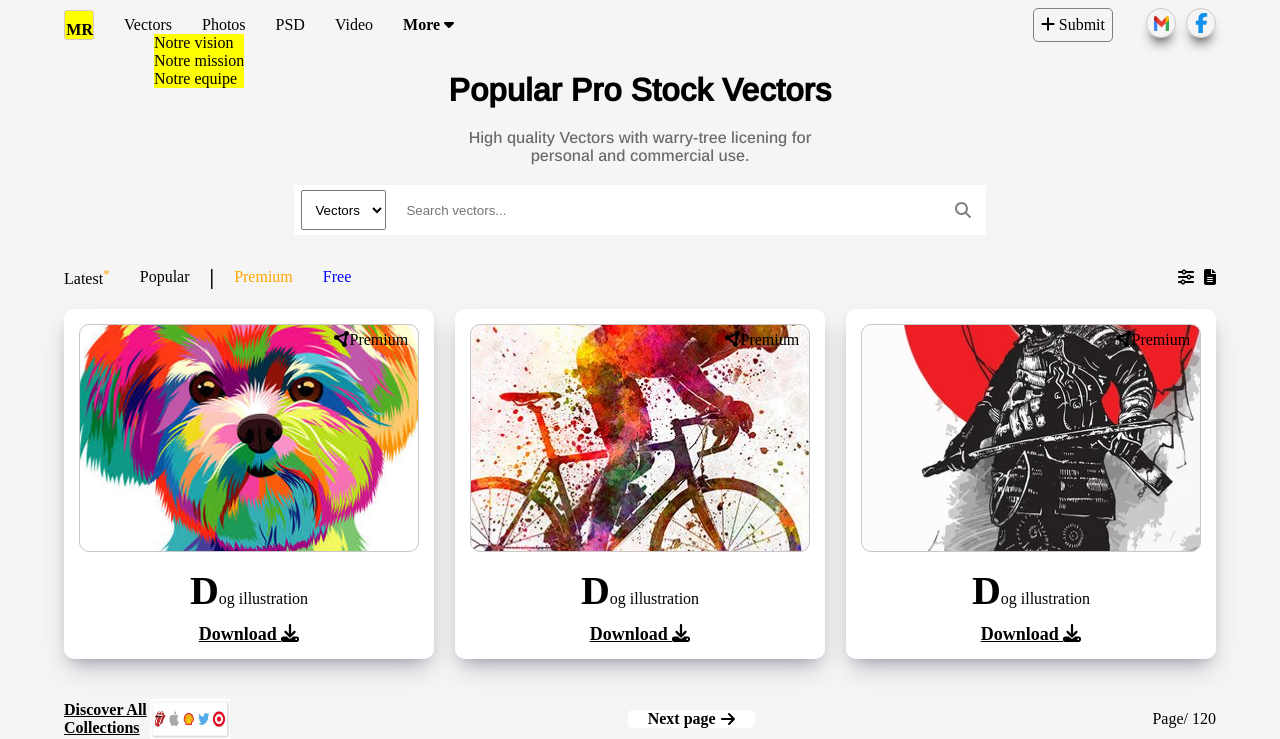
Repository: kegbaDev/VectorTemplate
Page: /
The author's editor kept a copy of each file at every save. The page is drawn from the files as they stood at one save, then again after a run of saves.
The browser window is 1280 px wide. The pictures show the whole page.
The project was rebuilt for these pictures with package versions that can differ from the ones it lists, and the page was loaded fresh each time. Also part of the build but not shown: vite.config.js.

Above is the page before, as saved 2023-04-14 01:48:52.

### index.html
<!DOCTYPE html>
<html lang="en">
  <head>
    <meta charset="UTF-8" />
    <link rel="icon" href="/favicon.ico" />
    <meta name="viewport" content="width=device-width, initial-scale=1.0" />
    <title>Vite App</title>
  </head>
  <body style="background-color: rgb(245, 245, 245)">
    <div id="app"></div>
    <script type="module" src="/src/main.js"></script>
  </body>
</html>

### src/main.js
import { createApp } from 'vue'
import App from './App.vue'

// fontawesome importation
import '@fortawesome/fontawesome-free/css/all.css'
import '@fortawesome/fontawesome-free/js/all.js'

createApp(App).mount('#app')

### src/App.vue
<template>
<div class="wrapper">
  <div class="navbar">
    <div class="left bounce">
      <div class="logo">MR</div>
      <ul>
        <li>
          Vectors
          <div class="sous_menu">
            <ul class="liens">
              <li class="lien">Notre vision</li>
              <li class="lien">Notre mission</li>
              <li class="lien">Notre equipe</li>
            </ul>
          </div>
        </li>
        <li>Photos</li>
        <li>PSD</li>
        <li>Video</li>
        <li><span class="more" >More</span><i class="fa-solid fa-caret-down"></i></li>
      </ul>
    </div>
    <div class="right">
      <div class="submit">
        <i class="fa-solid fa-plus"></i>
        Submit
      </div>
      <div class="logo_collection">
        <div class="logo_card">
          <img src="./assets/gmail-logo-16.png" alt="google-icon" width="15px" height="15px">
        </div>
        <div class="logo_card">
          <i class="fa-brands fa-facebook-f" style="color: #1191ee; width: 25px;height: 20px;"></i>
        </div>
      </div>
    </div>
  </div>


  <!-- Second component -->


  <div class="text_section">
    <h1 class="title slideInUp">Popular Pro Stock Vectors</h1>
    <p class="paragraph slideInUp">
      High quality Vectors with warry-tree licening for <br>
      personal and commercial use.
    </p>
    <div class="input_card slideInRight">
      <select name="" id="">
        <option value="value1">Vectors</option>
        <option value="value2">Vectors</option>
      </select>
      <input type="text" placeholder="Search vectors... ">
      <i class="fa-solid fa-magnifying-glass" style="color: grey; margin-right: 15px;"></i>
    </div>
  </div>

  <!-- Third component -->

  <div class="row">
    <div class="left-row">
      <ul>
        <li>Latest<sup style="color:orange">*</sup></li>
        <li>Popular</li>
      </ul>
      <span class="pipe">
        |
      </span>
      <ul>
        <li style="color:orange">Premium</li>
        <li style="color:blue">Free</li>
      </ul>
    </div>
    <div class="right-row">
      <i class="fa-solid fa-sliders"></i>
      <i class="fa-solid fa-file-lines"></i>
    </div>
  </div>

  <!-- Fourth component  -->

  <div class="card_content slideInUp">
    <div class="main_card">
      <div class="image_and_text_space">
        <i class="fa-solid fa-circle-nodes"></i>Premium
      </div>
      <p style="margin-bottom: 10px;"><span style="text-transform: uppercase; font-weight: bolder; font-size: 40px;">D</span>og illustration</p>
      <p class="download">Download <i class="fa-solid fa-download"></i></p>
    </div>
    <div class="main_card">
      <div class="image_and_text_space2">
        <i class="fa-solid fa-circle-nodes"></i>Premium
      </div>
      <p style="margin-bottom: 10px;"><span style="text-transform: uppercase; font-weight: bolder; font-size: 40px;">D</span>og illustration</p>
      <p class="download">Download <i class="fa-solid fa-download"></i></p>
    </div>
    <div class="main_card">
      <div class="image_and_text_space3">
        <!-- <img src="./assets/154416(1).svg" width="209px" height="300px" alt=""> -->
        <i class="fa-solid fa-circle-nodes"></i>Premium
      </div>
      <p style="margin-bottom: 10px;"><span style="text-transform: uppercase; font-weight: bolder; font-size: 40px;">D</span>og illustration</p>
      <p class="download">Download <i class="fa-solid fa-download"></i></p>
    </div>
    <!-- <div class="main_card">
      <div class="image_and_text_space">
        Premium
      </div>
      <p>Dog illustration</p>
      <p class="download">Download<i class="fa-solid fa-download"></i></p>
    </div>
    <div class="main_card">
      <div class="image_and_text_space">
        Premium
      </div>
      <p>Dog illustration</p>
      <p class="download">Download<i class="fa-solid fa-download"></i></p>
    </div> -->
  </div>

  <!-- Last component -->
  <div class="last_row">
    <div class="start">
      <div class="part">
        Discover All <br>
        Collections
      </div>
      <img src="./assets/imagesfinal.jpg" alt="" style="width: 80px; height: 40px;">
    </div>
    <div class="between">
      Next page <i class="fa-solid fa-arrow-right"></i>
    </div>
    <div class="end">
      Page/ 120
    </div>
  </div>
</div>




</template>

<script setup>

</script>


<style scoped>
@import url('https://fonts.googleapis.com/css2?family=Arimo:wght@500&display=swap');
.wrapper{
  height: 100vh;
  width: 90vw;
  margin:auto;
}
*{
  padding: 0px;
  margin: 0px;
  box-sizing: border-box;
  /* font-family: 'Arimo', sans-serif; */
}
.left{
  display: flex;
  align-items: center;
}

ul{
  list-style: none;
  display: flex;
  gap: 30px;
  margin-left: 30px;
}
ul li{
  cursor: pointer;
}
.more{
  font-weight: bolder;
  padding-right: 4px;
}
.logo{
  width: 30px;
  height: 30px;
  border: 1px solid rgb(214, 201, 201);
  background-color: yellow;
  font-weight: bolder;
  display: flex;
  justify-content: end;
  align-items: end;
  border-radius: 3px;
  cursor: pointer;
}
.navbar{
  display: flex;
  justify-content: space-between;
}
.right{
  display: flex;
  gap: 3px;
}
.submit{
  border: 1px solid gray;
  padding: 7px;
  margin-right: 30px;
  border-radius: 5px;
  background-color: rgba(234, 233, 233, 0.03);
  cursor: pointer;
  transition: all 400ms ease-in-out;
}
.submit:hover{
  background-color: yellow;
  /* font-weight: bolder; */
  scale: 1.1;
}
.logo_collection{
  display: flex;
  gap: 10px;
}
.logo_card{
  width: 30px;
  height: 30px;
  border: 1px solid black;
  display: flex;
  align-items: center;
  justify-content: center;
  border-radius: 50%;
  border-color: rgb(202, 198, 198);
  -webkit-box-shadow: 0px 10px 13px -7px #000000, -2px -2px 15px 6px rgba(26,17,18,0);
  box-shadow: 0px 10px 13px -7px #000000, -2px -2px 15px 6px rgba(26,17,18,0);
  cursor: pointer;transition: all 300ms ease-in-out;

}
.logo_card:hover{
  -webkit-box-shadow: 0px 10px 13px -7px #000000, -2px -2px 15px 6px rgba(26,17,18,0);
  box-shadow: 0px 10px 13px -7px #000000, -2px -2px 15px 6px rgba(26,17,18,0);
  scale: 1.2;

}

              /* Menu deroulant */
.sous_menu .liens{
  position: absolute;
  display: block;
  background-color: yellow;
  width: 24;
}

              /* Menu deroulant */

/* Second composant */

.text_section{
  margin: 30px auto;
  text-align: center;
}
.title{
  font-family: 'Arimo', sans-serif;
  margin-bottom: 20px;
}
.paragraph{
  font-family: 'Arimo', sans-serif;
  margin-bottom: 20px;
  color: rgb(107, 106, 106);
}
.input_card{
  width: 60%;
  height: 50px;
  background-color: white;
  margin: auto;
  display: flex;
  align-items: center;
  border-radius: 2px;
}
input{
  width: 100%;
  padding-left: 20px;
  border: none;
}
input, select{
  height: 40px;
}
select{
  padding: 9px;
  margin-left: 7px;
}

/* Third component */
.row{
  display: flex;
  justify-content: space-between;
  margin-bottom: 20px;
}
.left-row ul{
  margin: 0px;
  padding: 0px;
  display: flex;
  align-items: center;
}
.left-row, .right-row{
  display: flex;
  align-items: center;
}
.pipe{
  margin: 0px 20px;
}

.pipe{
  font-weight: bolder;
  font-size: 1.3em;
}
.right-row{
  gap: 10px;
}

/* Fourth component */

.card_content{
  display: flex;
  justify-content: space-between;
}
.main_card{
  min-width: 370px;
  min-height: 350px;
  /* border: 1px solid black; */
  border-radius: 10px;
  background-color: white;
  box-shadow: rgba(50, 50, 93, 0.25) 0px 13px 27px -5px, rgba(0, 0, 0, 0.3) 0px 8px 16px -8px;
  padding-bottom: 25px;
  cursor: pointer;
  transition: all 400ms ease-in-out;
}
.main_card:hover{
  scale: 1.02;
}
.main_card p{
  text-align: center;
}
.download{
  font-weight: bolder;
  text-decoration: underline;
  font-size: large;
}
.image_and_text_space{
  padding-top: 6px;
  padding-right: 10px;
  text-align: end;
  height: 70%;
  width: 92%;
  border: 1px solid rgb(201, 199, 199);
  border-radius: 10px;
  margin: 15px auto;
  background-image: url(./assets/chien_color.jpg);
  background-repeat: no-repeat;
  background-position: center;
}
.image_and_text_space2{
  background-image: url(./assets/velo.jpg) !important;
  padding-top: 6px;
  padding-right: 10px;
  text-align: end;
  height: 70%;
  width: 92%;
  border: 1px solid rgb(201, 199, 199);
  border-radius: 10px;
  margin: 15px auto;
  background-repeat: no-repeat;
  background-position: center;
}
.image_and_text_space3{
  background-image: url(./assets/sa.webp) !important;
  padding-top: 6px;
  padding-right: 10px;
  text-align: end;
  height: 70%;
  width: 92%;
  border: 1px solid rgb(201, 199, 199);
  border-radius: 10px;
  margin: 15px auto;
  background-repeat: no-repeat;
  /* object-fit: contain; */
  background-position: center;
}

/* Animation */

.bounce {
  -webkit-animation-name: bounce;
  animation-name: bounce;
  -webkit-transform-origin: center bottom;
  -ms-transform-origin: center bottom;
  transform-origin: center bottom;
  -webkit-animation-duration: 1s;
  animation-duration: 1s;
  -webkit-animation-fill-mode: both;
  animation-fill-mode: both;
  }
  @-webkit-keyframes bounce {
  0%, 20%, 53%, 80%, 100% {
  -webkit-transition-timing-function: cubic-bezier(0.215, 0.610, 0.355, 1.000);
  transition-timing-function: cubic-bezier(0.215, 0.610, 0.355, 1.000);
  -webkit-transform: translate3d(0,0,0);
  transform: translate3d(0,0,0);
  }
  40%, 43% {
  -webkit-transition-timing-function: cubic-bezier(0.755, 0.050, 0.855, 0.060);
  transition-timing-function: cubic-bezier(0.755, 0.050, 0.855, 0.060);
  -webkit-transform: translate3d(0, -30px, 0);
  transform: translate3d(0, -30px, 0);
  }
  70% {
  -webkit-transition-timing-function: cubic-bezier(0.755, 0.050, 0.855, 0.060);
  transition-timing-function: cubic-bezier(0.755, 0.050, 0.855, 0.060);
  -webkit-transform: translate3d(0, -15px, 0);
  transform: translate3d(0, -15px, 0);
  }
  90% {
  -webkit-transform: translate3d(0,-4px,0);
  transform: translate3d(0,-4px,0);
  }
  }

  @keyframes bounce {
  0%, 20%, 53%, 80%, 100% {
  -webkit-transition-timing-function: cubic-bezier(0.215, 0.610, 0.355, 1.000);
  transition-timing-function: cubic-bezier(0.215, 0.610, 0.355, 1.000);
  -webkit-transform: translate3d(0,0,0);
  transform: translate3d(0,0,0);
  }
  40%, 43% {
  -webkit-transition-timing-function: cubic-bezier(0.755, 0.050, 0.855, 0.060);
  transition-timing-function: cubic-bezier(0.755, 0.050, 0.855, 0.060);
  -webkit-transform: translate3d(0, -30px, 0);
  transform: translate3d(0, -30px, 0);
  }
  70% {
  -webkit-transition-timing-function: cubic-bezier(0.755, 0.050, 0.855, 0.060);
  transition-timing-function: cubic-bezier(0.755, 0.050, 0.855, 0.060);
  -webkit-transform: translate3d(0, -15px, 0);
  transform: translate3d(0, -15px, 0);
  }
  90% { -webkit-transform: translate3d(0,-4px,0); transform: translate3d(0,-4px,0);
  }
}
.slideInUp {
  -webkit-animation-name: slideInUp;
  animation-name: slideInUp;
  -webkit-animation-duration: 1s;
  animation-duration: 1s;
  -webkit-animation-fill-mode: both;
  animation-fill-mode: both;
  }
  @-webkit-keyframes slideInUp {
  0% {
  -webkit-transform: translateY(100%);
  transform: translateY(100%);
  visibility: visible;
  }
  100% {
  -webkit-transform: translateY(0);
  transform: translateY(0);
  }
  }
  @keyframes slideInUp {
  0% {
  -webkit-transform: translateY(100%);
  transform: translateY(100%);
  visibility: visible;
  }
  100% {
  -webkit-transform: translateY(0);
  transform: translateY(0);
  }
}

.slideInRight {
  -webkit-animation-name: slideInRight;
  animation-name: slideInRight;
  -webkit-animation-duration: 1s;
  animation-duration: 1s;
  -webkit-animation-fill-mode: both;
  animation-fill-mode: both;
  }
  @-webkit-keyframes slideInRight {
  0% {
  -webkit-transform: translateX(100%);
  transform: translateX(100%);
  visibility: visible;
  }
  100% {
  -webkit-transform: translateX(0);
  transform: translateX(0);
  }
  }
  @keyframes slideInRight {
  0% {
  -webkit-transform: translateX(100%);
  transform: translateX(100%);
  visibility: visible;
  }
  100% {
  -webkit-transform: translateX(0);
  transform: translateX(0);
  }
  }

.slideInUp {
  -webkit-animation-name: slideInUp;
  animation-name: slideInUp;
  -webkit-animation-duration: 1s;
  animation-duration: 1s;
  -webkit-animation-fill-mode: both;
  animation-fill-mode: both;
  }
  @-webkit-keyframes slideInUp {
  0% {
  -webkit-transform: translateY(100%);
  transform: translateY(100%);
  visibility: visible;
  }
  100% {
  -webkit-transform: translateY(0);
  transform: translateY(0);
  }
  }
  @keyframes slideInUp {
  0% {
  -webkit-transform: translateY(100%);
  transform: translateY(100%);
  visibility: visible;
  }
  100% {
  -webkit-transform: translateY(0);
  transform: translateY(0);
  }
}

/* Animation */

/* last component */

.last_row{
  margin-top: 40px;
  margin-bottom: 40px;
  display: flex;
  justify-content: space-between;
  align-items: center;
}
.between{
  font-weight: bolder;
  padding: 0px 20px;
  background-color: white;
  border-radius: 5px;
  display: flex;
  justify-content: center;
  align-items: center;
  gap: 5px;
}
.start{
  display: flex;
  align-items: center;
  gap: 3px;
  text-decoration: underline;
  font-weight: bold;
}
</style>

After the next 2 saves:
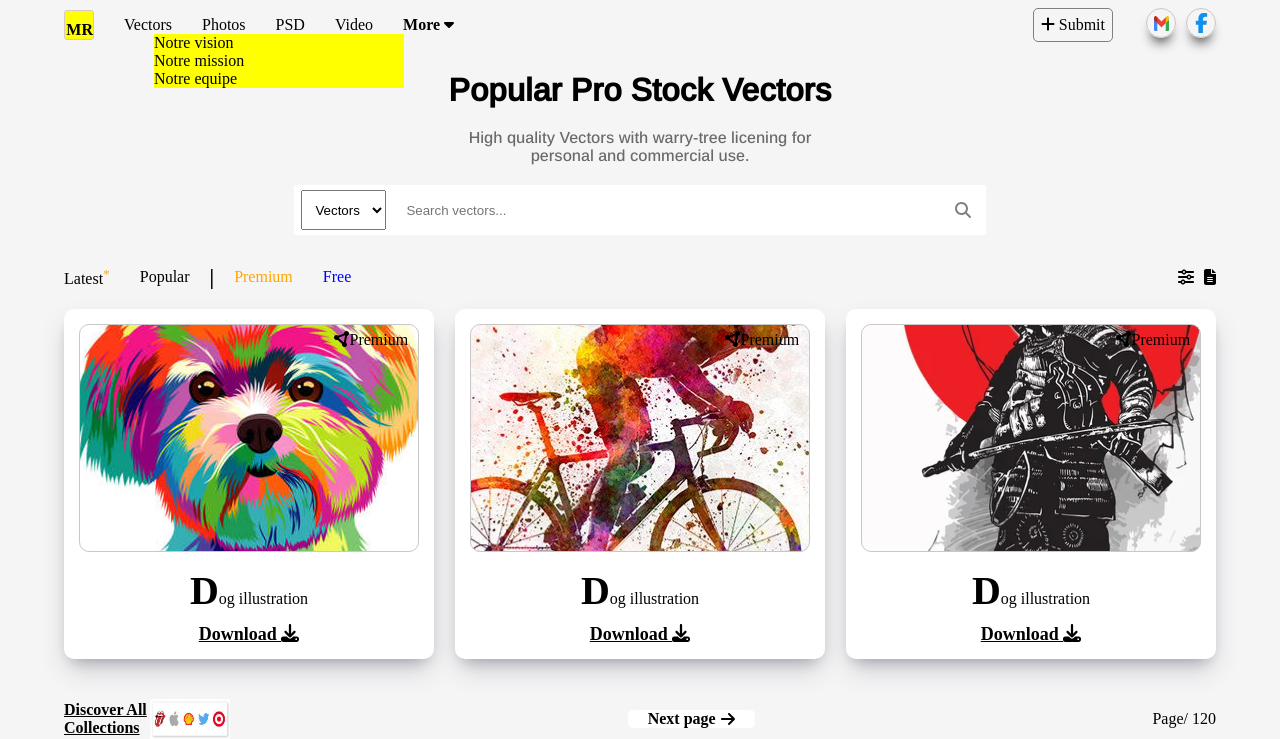
The 2 saves are shown as one change because they came seconds apart.
The last was saved 11 s later.
--- a/src/App.vue
+++ b/src/App.vue
@@ -242,7 +242,8 @@ ul li{
   position: absolute;
   display: block;
   background-color: yellow;
-  width: 24;
+  width: 250px;
+
 }
 
               /* Menu deroulant */
